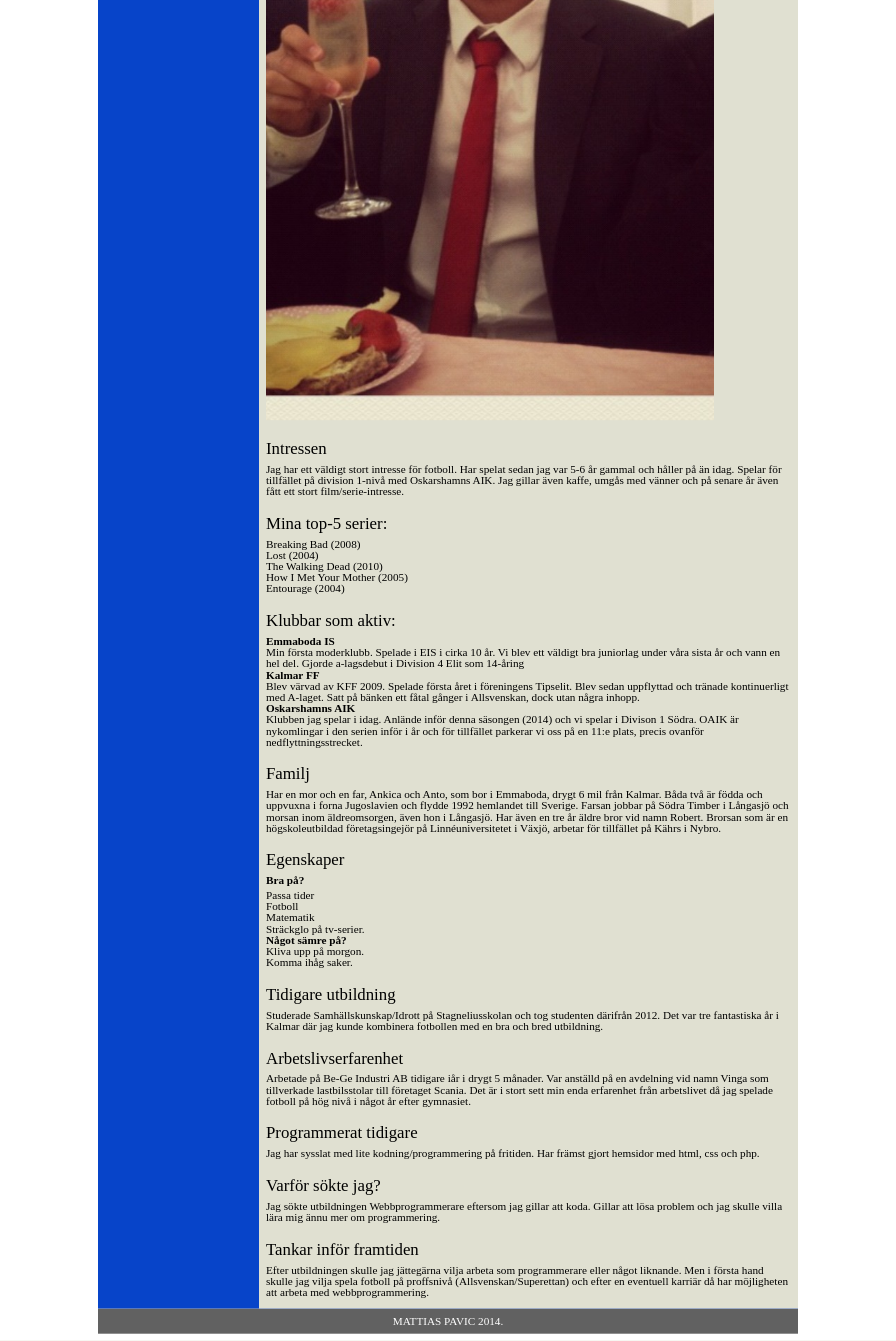
Repository: mp222sf/1ik415-laborationer
Page: pages/presentation.html
The author's editor kept a record of every edit. The page is drawn from the files as they stood at one moment, then again after the next edit.
The browser window is 1280 px wide. The pictures show the part of the page from y = 736 to 2656 px (the page is 2651 px tall before and 2656 px after), at 70% of full size.

Above is the page before.

### pages/presentation.html
<!doctype html>
<html lang="sv">
    <head>
        <meta charset="utf-8" />
        <title>Mattias Pavic</title>
        <link rel="stylesheet" href="../css/style.css" />
    </head>
    <body>
        <div id="cointainer">
            <div id="header">
                <h1>Mattias Pavic</h1>
                <h3>Presentation</h3>
            </div>
            <div id="navigation_content">
            <div id="navigation">
                <h3>Meny</h3>
                <ul id="meny">
                <li><a href="../index.html">Hem</a></li>
                 <li><a href="kontakt.html">Kontakt</a></li>
                 <li><a href="laborationer.html">Laborationer</a></li>
                 <li><a id="current" href="presentation.html">Presentation</a></li>
                </ul>
            </div>
            <div id="content">
                <!--Här skriver vi infomationen om mina intressen.-->

                <p><img id="jag_presentation" src="../pics/jag_presentation.jpg" alt="Bild på Mattias Pavic" /></p>

                <h4>Intressen</h4>
                <p> Jag har ett väldigt stort intresse för fotboll. Har spelat sedan jag var 5-6 år gammal och håller på än idag.
                    Spelar för tillfället på division 1-nivå med Oskarshamns AIK.
                    Jag gillar även kaffe, umgås med vänner och på senare år även fått ett stort film/serie-intresse.</p>

                <h4>Mina top-5 serier:</h4>
                <ol>
                    <li><a target="_blank" href="http://www.imdb.com/title/tt0903747/?ref_=nv_sr_1">Breaking Bad</a> (2008)</li>
                    <li><a target="_blank" href="http://www.imdb.com/title/tt0411008/?ref_=nv_sr_1">Lost</a> (2004)</li>
                    <li><a target="_blank" href="http://www.imdb.com/title/tt1520211/?ref_=nv_sr_1">The Walking Dead</a> (2010)</li>
                    <li><a target="_blank" href="http://www.imdb.com/title/tt0460649/?ref_=nv_sr_1">How I Met Your Mother</a> (2005)</li>
                    <li><a target="_blank" href="http://www.imdb.com/title/tt0387199/?ref_=nv_sr_1">Entourage</a> (2004)</li>
                </ol>

                <h4>Klubbar som aktiv:</h4>
                <dl>
                    <dt><strong>Emmaboda IS</strong></dt>
                        <dd>Min första moderklubb. Spelade i EIS i cirka 10 år. Vi blev ett väldigt bra juniorlag under våra sista år och vann en hel del. Gjorde a-lagsdebut i Division 4 Elit som 14-åring</dd>
                    <dt><strong>Kalmar FF</strong></dt>
                        <dd>Blev värvad av KFF 2009. Spelade första året i föreningens Tipselit. Blev sedan uppflyttad och tränade kontinuerligt med A-laget. Satt på bänken ett fåtal gånger i Allsvenskan, dock utan några inhopp.</dd>
                    <dt><strong>Oskarshamns AIK</strong></dt>
                        <dd>Klubben jag spelar i idag. Anlände inför denna säsongen (2014) och vi spelar i Divison 1 Södra. OAIK är nykomlingar i den serien inför i år och för tillfället parkerar vi oss på en 11:e plats, precis ovanför nedflyttningsstrecket.</dd>
                </dl>

                <h4>Familj</h4>
                <p> Har en mor och en far, Ankica och Anto, som bor i Emmaboda, drygt 6 mil från Kalmar.
                    Båda två är födda och uppvuxna i forna Jugoslavien och flydde 1992 hemlandet till Sverige.
                    Farsan jobbar på Södra Timber i Långasjö och morsan inom äldreomsorgen, även hon i Långasjö.
                    Har även en tre år äldre bror vid namn Robert.
                    Brorsan som är en högskoleutbildad företagsingejör på Linnéuniversitetet i Växjö, arbetar för tillfället på Kährs i Nybro.</p>


                <h4>Egenskaper</h4>
                <ul>
                    <li><strong>Bra på?</strong>
                        <ul><p></p>
                            <li>Passa tider</li>
                            <li>Fotboll</li>
                            <li>Matematik</li>
                            <li>Sträckglo på tv-serier.</li>
                        </ul>
                    </li>
                   <li><strong>Något sämre på?</strong>
                        <ul>
                            <li>Kliva upp på morgon.</li>
                            <li>Komma ihåg saker.</li>
                        </ul>
                    </li>
                </ul>

                <h4>Tidigare utbildning</h4>
                <p> Studerade Samhällskunskap/Idrott på Stagneliusskolan och tog studenten därifrån 2012. Det var tre fantastiska år i Kalmar där jag kunde kombinera fotbollen med en bra och bred utbildning.</p>

                <h4>Arbetslivserfarenhet</h4>
                <p> Arbetade på Be-Ge Industri AB tidigare iår i drygt 5 månader.
                    Var anställd på en avdelning vid namn Vinga som tillverkade lastbilsstolar till företaget Scania.
                    Det är i stort sett min enda erfarenhet från arbetslivet då jag spelade fotboll på hög nivå i något år efter gymnasiet.</p>

                <h4>Programmerat tidigare</h4>
                <p> Jag har sysslat med lite kodning/programmering på fritiden.
                    Har främst gjort hemsidor med html, css och php.</p>

                <h4>Varför sökte jag?</h4>
                <p> Jag sökte utbildningen Webbprogrammerare eftersom jag gillar att koda.
                    Gillar att lösa problem och jag skulle villa lära mig ännu mer om programmering.</p>

                <h4>Tankar inför framtiden</h4>
                <p> Efter utbildningen skulle jag jättegärna vilja arbeta som programmerare eller något liknande.
                    Men i första hand skulle jag vilja spela fotboll på proffsnivå (Allsvenskan/Superettan) och efter en eventuell karriär då har möjligheten att arbeta med webbprogrammering.</p>
            </div>
            </div>
            <div id="footer">
            MATTIAS PAVIC 2014.
            </div>

        </div>
    </body>
</html>

### css/style.css
/* http://meyerweb.com/eric/tools/css/reset/
   v2.0 | 20110126
   License: none (public domain)
*/

html, body, div, span, applet, object, iframe,
h1, h2, h3, h4, h5, h6, p, blockquote, pre,
a, abbr, acronym, address, big, cite, code,
del, dfn, em, img, ins, kbd, q, s, samp,
small, strike, strong, sub, sup, tt, var,
b, u, i, center,
dl, dt, dd, ol, ul, li,
fieldset, form, label, legend,
table, caption, tbody, tfoot, thead, tr, th, td,
article, aside, canvas, details, embed,
figure, figcaption, footer, header, hgroup,
menu, nav, output, ruby, section, summary,
time, mark, audio, video {
	margin: 0;
	padding: 0;
	border: 0;
	font-size: 100%;
	font: inherit;
	vertical-align: baseline;
}
/* HTML5 display-role reset for older browsers */
article, aside, details, figcaption, figure,
footer, header, hgroup, menu, nav, section {
	display: block;
}
body {
	line-height: 1;
}
ol, ul {
	list-style: none;
}
blockquote, q {
	quotes: none;
}
blockquote:before, blockquote:after,
q:before, q:after {
	content: '';
	content: none;
}
table {
	border-collapse: collapse;
	border-spacing: 0;
}


a:link {
    color:black;
    text-decoration: none;
}
a:visited {
    color:black;
    text-decoration: none;

}

a:hover {
    color:black;
    text-decoration: underline;
}


/*
        COINTAINER
                        */
#cointainer {
    background-color:white;
    color:black;
    width:1000px;
    margin: 0 auto;
    text-align:left;
}





/*
        HEADER
                        */
#header {
    background-color:#0744C9;
    color:white;
    text-align:left;
    height:150px;
    padding:10px;
    margin: 20px 0px 0px 0px;
    border-radius: 30px 30px 0px 0px;
    border: 0px solid #616161;
}
#header h1 {
   font-size:72px;
}
#header h3 {
   font-size:20px;
}

#navigation_content {

    background-color:#0744C9;
    width:1000px;
    height:100%;
    float:left;



}
/*
        NAVIGATION
                        */
#navigation           {
    line-height:30px;
    background-color:#0744C9;
    width:230px;
    height:100%;
    float:left;
    padding:0px;
}
#navigation h3 {
   font-size:32px;
   margin-bottom:10px;
   margin-top:10px;
}
#navigation ul {
    list-style-type: square;
    margin-left:0px;
    font-size:12px;
}


#navigation li {
list-style: none;
margin: 0px 0 0px 0;
}
#navigation li a {
display: block;
width: 230px;
margin: 0;
padding: 0px 0px 0px 10px;
text-align: left;
font-family: "Lucida Grande", "Lucida Sans Unicode", Helvetica, Arial, sans-serif;
font-size: 12px;
color:#042875;
border-radius: 0px;
border: 1px solid #616161;
background: #042875;

}
#meny_lista li a {
display: block;
width: 230px;
margin: 0;
padding: 0px 0px 0px 20px;
text-align: left;
font-family: "Lucida Grande", "Lucida Sans Unicode", Helvetica, Arial, sans-serif;
font-size: 12px;
color:#4173DD;
border-radius: 0px;
border: 1px solid #616161;
background: #4173DD;

}
#navigation li a:hover {
cursor: pointer;
background:#0744C9;
color: white;
}
#navigation a:link, #navigation a:visited {
color: rgba(255,255,255,1);
text-decoration: none;
}
#navigation a:active {
color: rgba(250,191,12,1);
}
#navigation a#current {
background: white;
color:black;
}





/*
        CONTENT
                        */
#content {
    width:750px;
    height:100%;
    background-color:#E0E0D1;
    float:left;
    padding:10px;

}
#content p {

   margin-bottom:5px;
   margin-top:0px;
}
#content strong {
   margin-top: 20px;
   font-weight:bold;


}
#content h3 {
   font-size:32px;
   margin-bottom:10px;
   margin-top:10px;
}
#content h4 {
   font-size:24px;
   margin-bottom:10px;
   margin-top:25px;
}
#big_buck_bunny {
    margin-bottom:10px;
    margin-top:10px;
}




/*
        FOOTER
                        */
#footer {
    background-color:#616161;
    color:white;
    clear:both;
    text-align:center;
    padding:10px;
    margin: 0px 0px 10px 0px;
}

After the next edit:
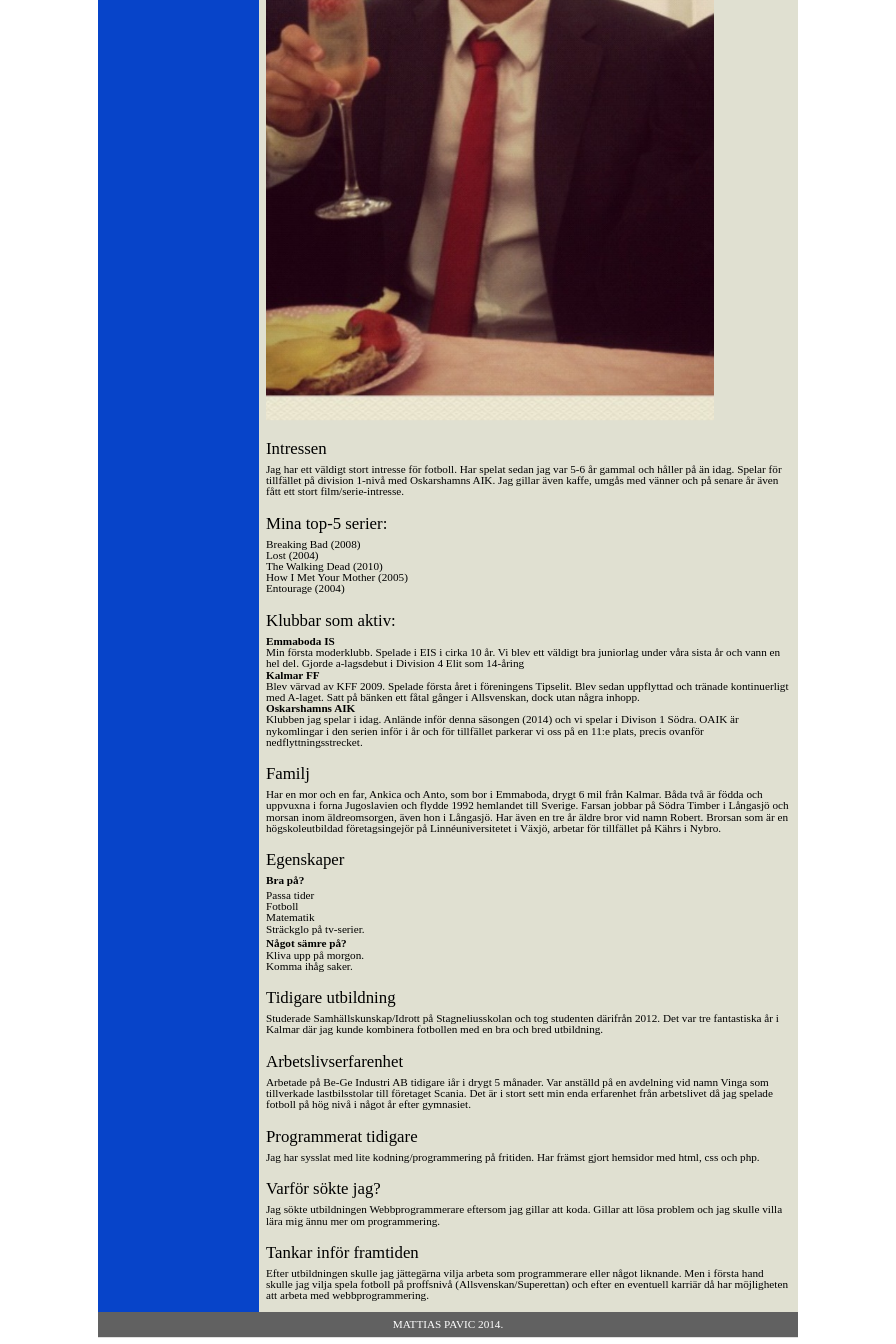
The edit:
--- a/pages/presentation.html
+++ b/pages/presentation.html
@@ -65,7 +65,7 @@
                             <li>Passa tider</li>
                             <li>Fotboll</li>
                             <li>Matematik</li>
-                            <li>Sträckglo på tv-serier.</li>
+                            <li>Sträckglo på tv-serier.</li></p>
                         </ul>
                     </li>
                    <li><strong>Något sämre på?</strong>
